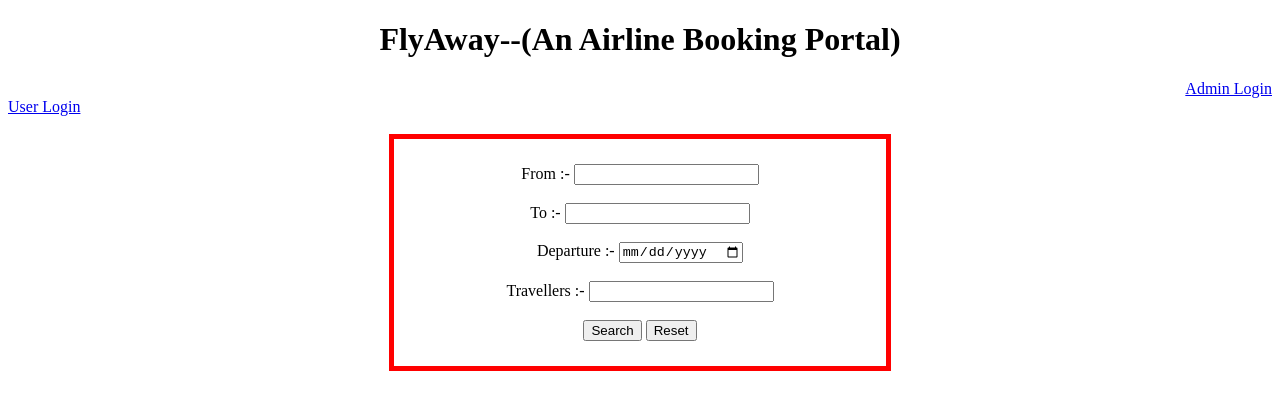
Repository: Vishu4401/FlyAway-An-Airline-Booking-Portal-
Page: http://localhost/FlyAway-An-Airline-Booking-Portal/HomeScreen.jsp
The author's editor kept a copy of each file at every save. The page is drawn from the files as they stood at one save, then again after the next save.
The browser window is 1280 px wide. The pictures show the whole page.
The page is served by Tomcat 9. Other server files are loaded and not shown.

Above is the page before, as saved 2022-08-24 04:39:25.

### FlyAway-An-Airline-Booking-Portal/src/main/webapp/HomeScreen.jsp
<%@ page language="java" contentType="text/html; charset=ISO-8859-1"
    pageEncoding="ISO-8859-1"%>
<%@ page import="java.util.*" %>
<!DOCTYPE html>
<html>
<head>
<meta charset="ISO-8859-1">
<title>FlyAway (An Airline Booking Portal).</title>
</head>
<body >
<center><h1>FlyAway--(An Airline Booking Portal)</h1></center>

<div align="right">
<a href="AdminScreen.jsp">Admin Login</a>
</div>

<%
	@SuppressWarnings("unchecked")
	HashMap<String,String> user=(HashMap<String,String>)session.getAttribute("user");
	if(user!=null){
%>
<p>Welcome <%=user.get("name") %></p>
<a href="Logout">Logout</a>
<%
	}else{
%>
<a href="UserScreen.jsp">User Login</a>
<%
	}
%>
<br><br>
<center>
<div style="border:5px solid red;width:35%;padding:25px" align="center">
<form action="FlightList.jsp" method=post>
	<label for=from>From :-</label> <input type=text name=from id=from required/><br><br>
	<label for=to>To :-</label> <input type=text name=to id=to required/><br><br>
	<label for=departure>Departure :-</label> <input type=date name=departure id=departure required/><br><br>
	<label for=travellers>Travellers :-</label> <input type=number name=travellers id=travellers required/><br><br>
	<input type="submit" value=Search /> <input type=reset />
</form>
</div>
</center>
</body>
</html>

After the next save:
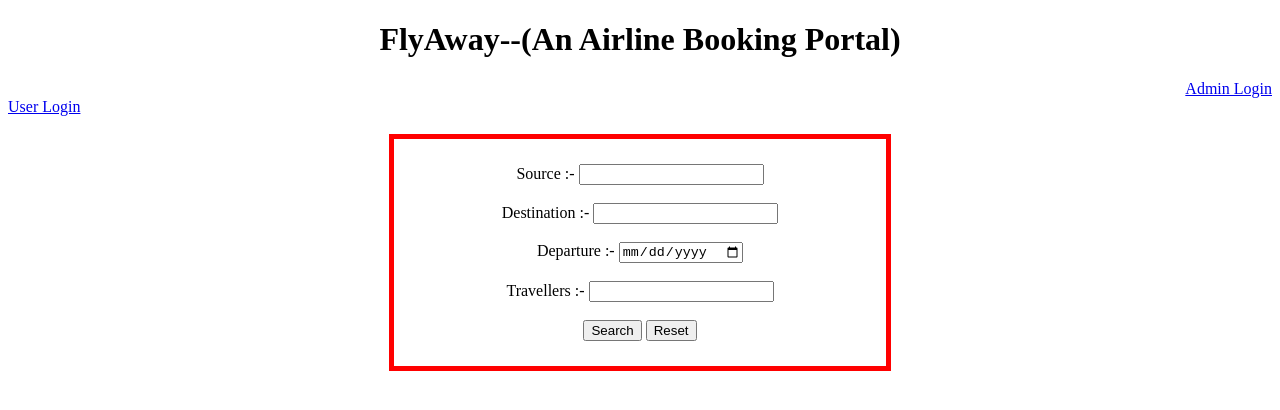
Saved 6 min 20 s later.
--- a/FlyAway-An-Airline-Booking-Portal/src/main/webapp/HomeScreen.jsp
+++ b/FlyAway-An-Airline-Booking-Portal/src/main/webapp/HomeScreen.jsp
@@ -32,8 +32,8 @@
 <center>
 <div style="border:5px solid red;width:35%;padding:25px" align="center">
 <form action="FlightList.jsp" method=post>
-	<label for=from>From :-</label> <input type=text name=from id=from required/><br><br>
-	<label for=to>To :-</label> <input type=text name=to id=to required/><br><br>
+	<label for=from>Source :-</label> <input type=text name=from id=from required/><br><br>
+	<label for=to>Destination :-</label> <input type=text name=to id=to required/><br><br>
 	<label for=departure>Departure :-</label> <input type=date name=departure id=departure required/><br><br>
 	<label for=travellers>Travellers :-</label> <input type=number name=travellers id=travellers required/><br><br>
 	<input type="submit" value=Search /> <input type=reset />
